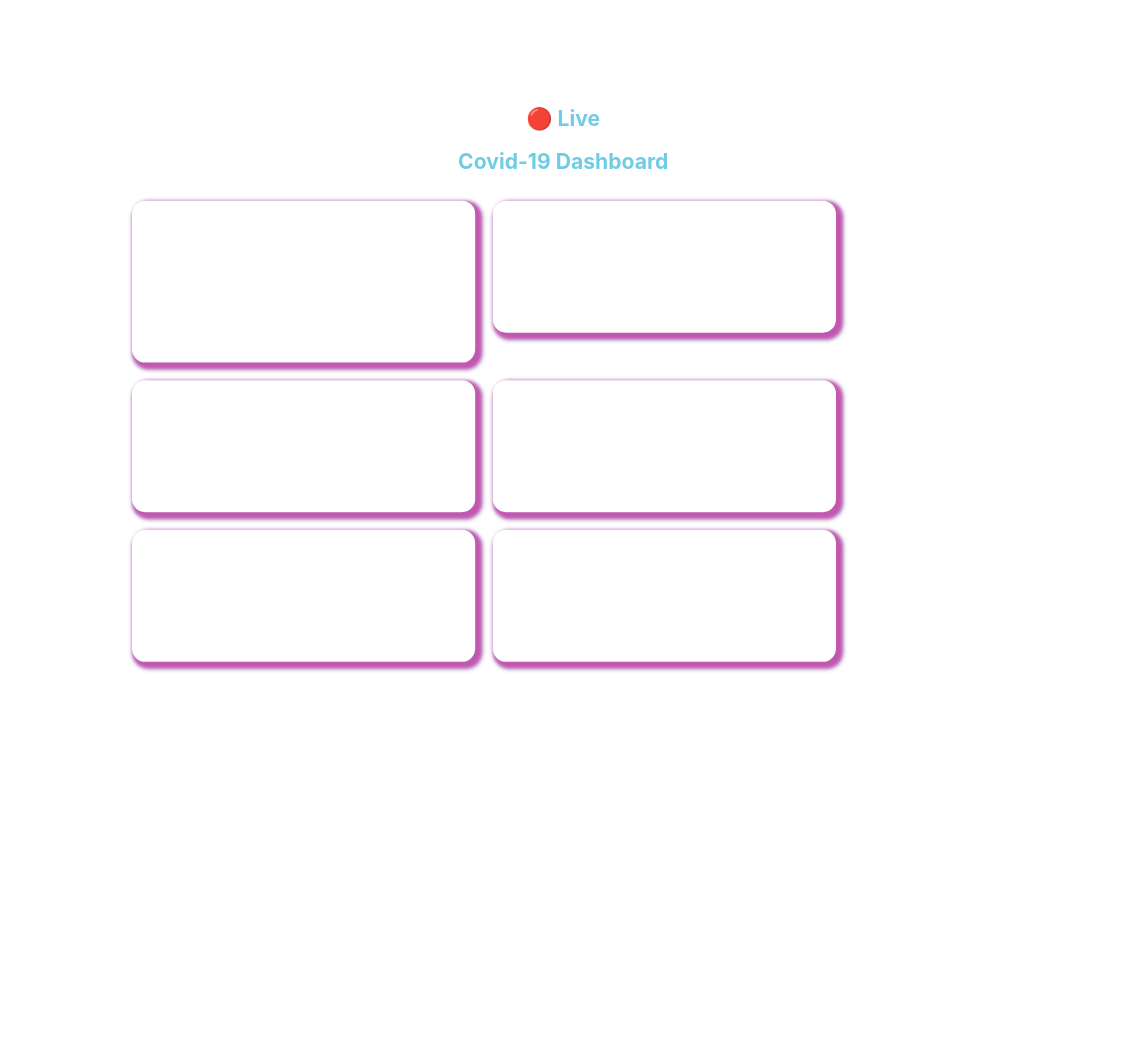
Repository: Aniketlamage/covid19-dashboard
Page: /
These files come from the project's save history. The page is drawn as it stood at one moment and after the next save; the edit follows.
The browser window is 1280 px wide. The pictures show the whole page, at 88% of full size.
The page's requests for data from a server got no answer. The project was rebuilt for these pictures with package versions that can differ from the ones it lists, and the page was loaded fresh each time. No one was signed in, and anything a server would have sent is missing.

Above is the page before, as saved 2021-09-30 21:10:59.

After the next save:
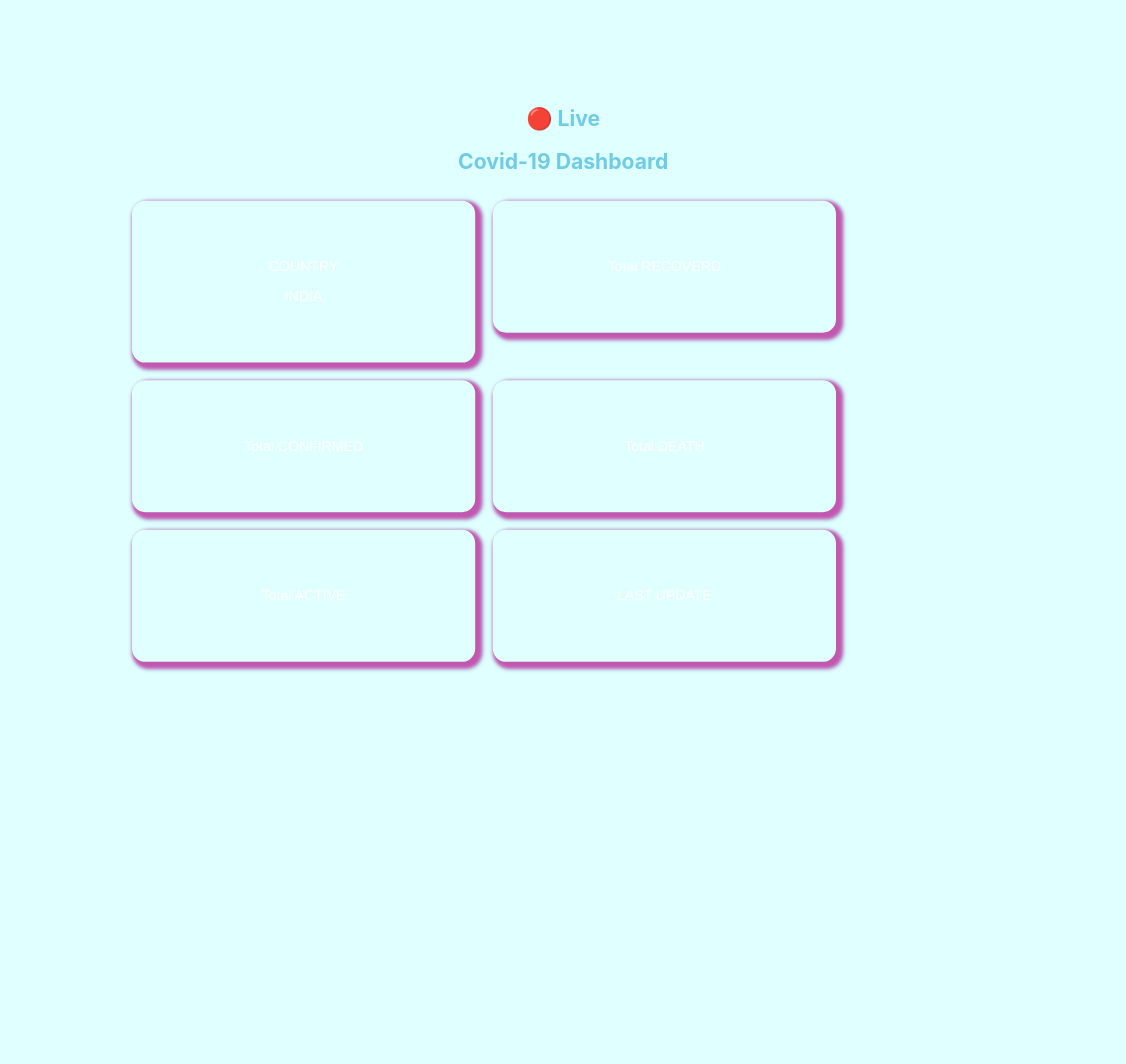
Saved 21 s later.
--- a/src/components/covid.css
+++ b/src/components/covid.css
@@ -1,7 +1,7 @@
 
 
 .main,body {
-    background-color: verylightgrey;
+    background-color: lightcyan;
     padding: 100px;
     text-align: center;
     min-height: 100ch;

After the save that followed:
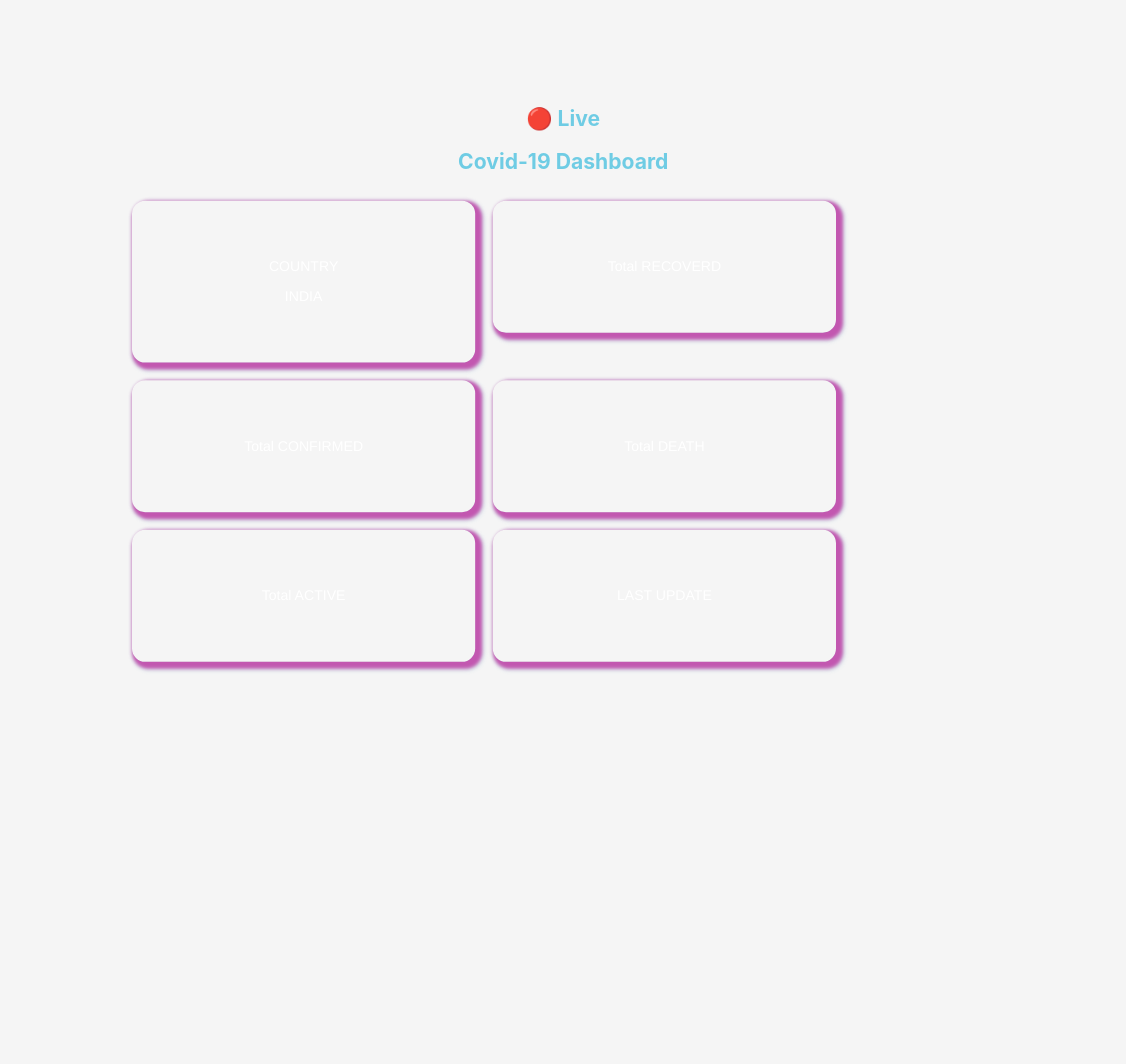
Saved 25 s later.
--- a/src/components/covid.css
+++ b/src/components/covid.css
@@ -1,7 +1,7 @@
 
 
 .main,body {
-    background-color: lightcyan;
+    background-color: whitesmoke;
     padding: 100px;
     text-align: center;
     min-height: 100ch;
